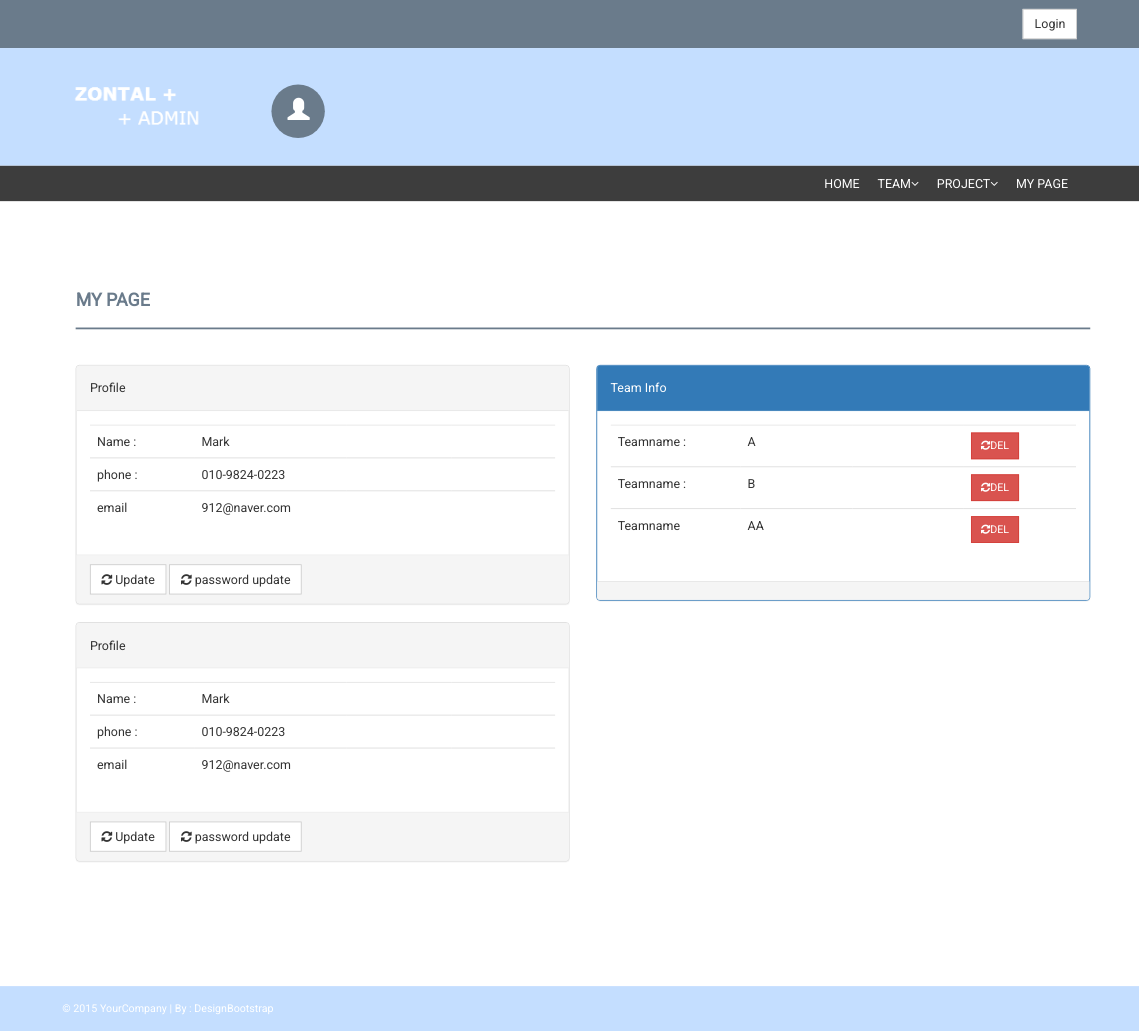
Repository: hwju91/skuniv
Page: http://localhost/0903.2/WEB-INF/jsp/mypage.jsp
The author's editor kept a copy of each file at every save. The page is drawn from the files as they stood at one save, then again after the next save.
The browser window is 1280 px wide. The pictures show the whole page, at 89% of full size.
The page is served by Tomcat 9. Nobody is signed in. The template is opened directly, without the code that normally fills it, so the values that code supplies are empty.

Above is the page before, as saved 2016-09-06 10:31:56.

After the next save:
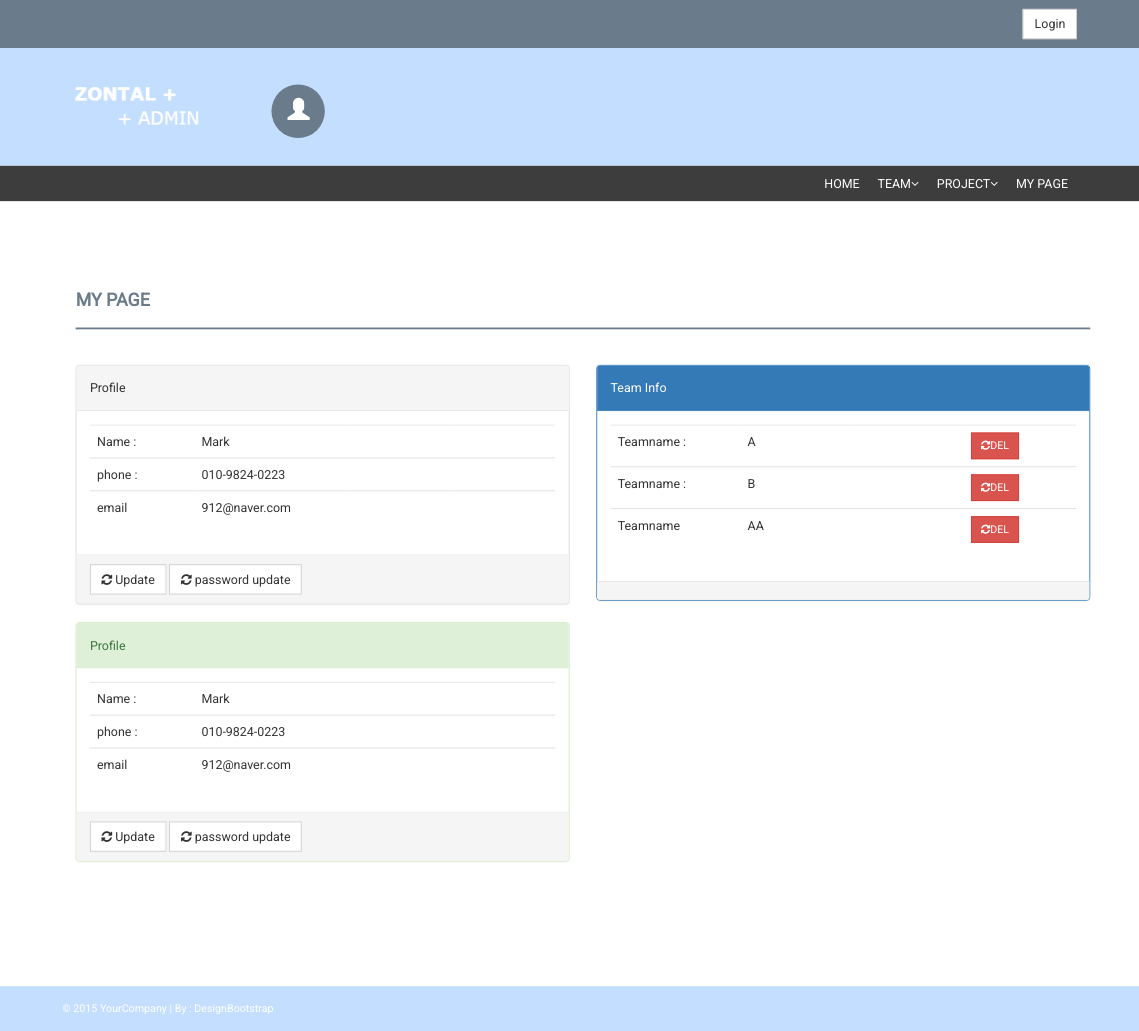
Saved 34 s later.
--- a/0903.2/WebContent/WEB-INF/jsp/mypage.jsp
+++ b/0903.2/WebContent/WEB-INF/jsp/mypage.jsp
@@ -110,9 +110,11 @@
                     </div>
                 </div>
                 </div>
+
+
                 <div class="row">
                 <div class="col-md-6 col-sm-6">
-                    <div class="panel panel-default">
+                    <div class="panel panel-success">
                         <div class="panel-heading">
                             Profile
                         </div>
